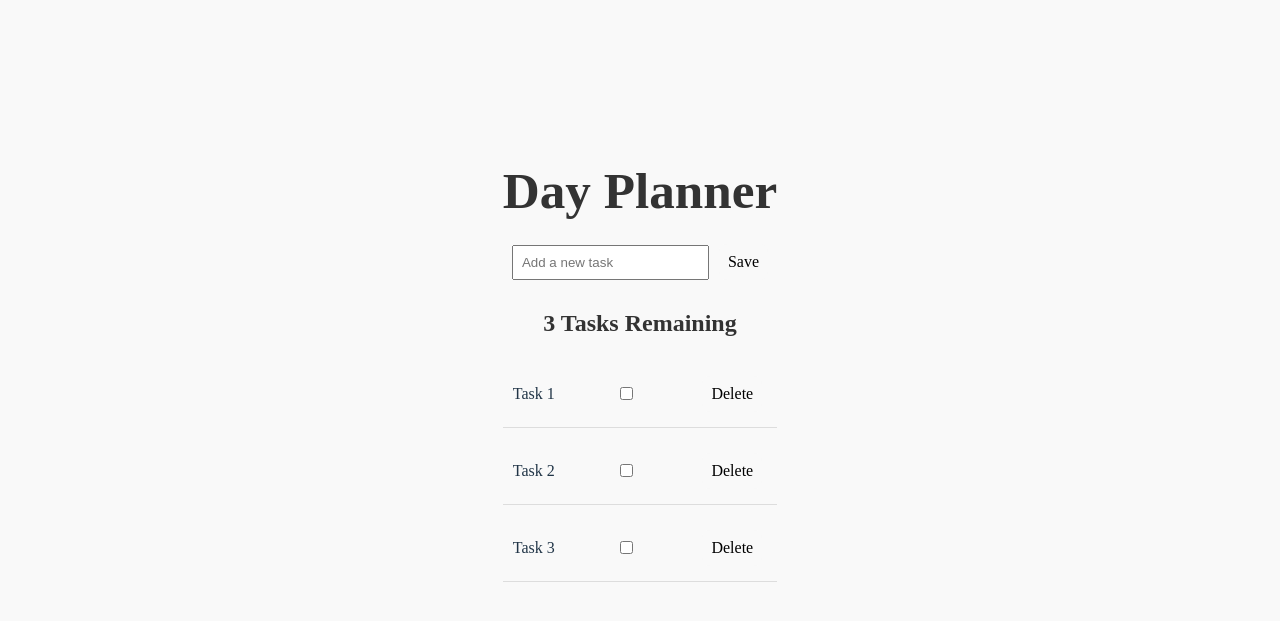
Repository: GavinPahal/Lab7
Page: /
These files come from the project's save history. The page is drawn as it stood at one moment and after the next save; the edit follows.
The browser window is 1280 px wide. The pictures show the whole page.
The project was rebuilt for these pictures with package versions that can differ from the ones it lists, and the page was loaded fresh each time. Also part of the build but not shown: vite.config.js.

Above is the page before, as saved 2024-10-27 12:18:23.

### src/App.jsx
import React, { useState } from 'react';
import Task from './components/Task';
import TaskForm from './components/TaskForm';
import './App.css';

function App() {
  const [tasks, setTasks] = useState([
    { text: 'Task 1', isCompleted: false },
    { text: 'Task 2', isCompleted: false },
    { text: 'Task 3', isCompleted: false },
  ]);  // Initial 3 tasks

  const [showAll, setShowAll] = useState(false);  // State to toggle showing all tasks

  // Function to add a new task
  const addTask = (task) => {
    setTasks([...tasks, { text: task, isCompleted: false }]);
  };

  // Function to toggle task completion status
  const toggleTask = (index) => {
    const newTasks = [...tasks];
    newTasks[index].isCompleted = !newTasks[index].isCompleted;
    setTasks(newTasks);
  };

  // Function to delete a task
  const deleteTask = (index) => {
    const newTasks = tasks.filter((_, i) => i !== index);
    setTasks(newTasks);
  };

  // Get the count of pending tasks
  const pendingTasks = tasks.filter(task => !task.isCompleted).length;

  // Control how many tasks to display (first 3 or all)
  const tasksToDisplay = showAll ? tasks : tasks.slice(0, 3);

  return (
    <div className="app">
      <h1>Day Planner</h1>

      {/* TaskForm is now between the heading and task count */}
      <TaskForm addTask={addTask} />

      <h2>{pendingTasks} Tasks Remaining</h2>

      <div className="task-list">
        {tasksToDisplay.length > 0 ? (
          tasksToDisplay.map((task, index) => (
            <Task
              key={index}
              index={index}
              task={task}
              toggleTask={toggleTask}
              deleteTask={deleteTask}
            />
          ))
        ) : (
          <p>No tasks available. Add a new task above.</p>
        )}
      </div>

      {tasks.length > 3 && !showAll && (
        <button onClick={() => setShowAll(true)}>Show All Tasks</button>
      )}
    </div>
  );
}

export default App;

### src/components/Task.jsx
import React from 'react';

function Task({ task, index, toggleTask, deleteTask }) {
  return (
    <div className={`task ${task.isCompleted ? 'completed' : ''}`}>
      <span>{task.text}</span>
      <input
        type="checkbox"
        checked={task.isCompleted}
        onChange={() => toggleTask(index)}
      />
      <button onClick={() => deleteTask(index)}>Delete</button>
    </div>
  );
}

export default Task;

### src/components/TaskForm.jsx
import React, { useState } from 'react';

function TaskForm({ addTask }) {
  const [value, setValue] = useState('');

  const handleSubmit = (e) => {
    e.preventDefault();
    if (!value) return;
    addTask(value);
    setValue('');
  };

  return (
    <form onSubmit={handleSubmit} className="task-form">
      <input
        type="text"
        value={value}
        onChange={(e) => setValue(e.target.value)}
        placeholder="Add a new task"
      />
      <button type="submit">Save</button>  {/* Changed 'Add' to 'Save' */}
    </form>
  );
}

export default TaskForm;

### src/App.css
body {
  font-family: 'Times New Roman', serif;
  margin: 0;
  padding: 0;
  background-color: #f9f9f9;
  display: flex; /* Use flexbox for centering */
  justify-content: center; /* Center horizontally */
  align-items: center; /* Center vertically */
  height: 100vh; /* Full viewport height */
  text-align: center; /* Center text within the body */
}

h1, h2 {
  margin-bottom: 20px;
  color: #333;
}

.task-list {
  margin-top: 20px;
}

.task {
  display: flex;
  justify-content: space-between;
  align-items: center;
  padding: 10px;
  margin-bottom: 10px;
  border-bottom: 1px solid #ddd;
}

.task.completed {
  text-decoration: line-through;
  color: #aaa;
}

/* Style the Save button */
.save-button {
  background-color: green; /* Green background */
  color: white; /* White text */
  padding: 10px; /* Padding for height */
  border: none; /* No border */
  cursor: pointer;
  font-size: 16px;
  width: 100%; /* Full width for a rectangle shape */
}

input[type="text"], button {
  padding: 8px;
  margin: 5px;
}

Loaded but not shown: index.html (common file); src/main.jsx (common file); src/index.css (common file)

After the next save:
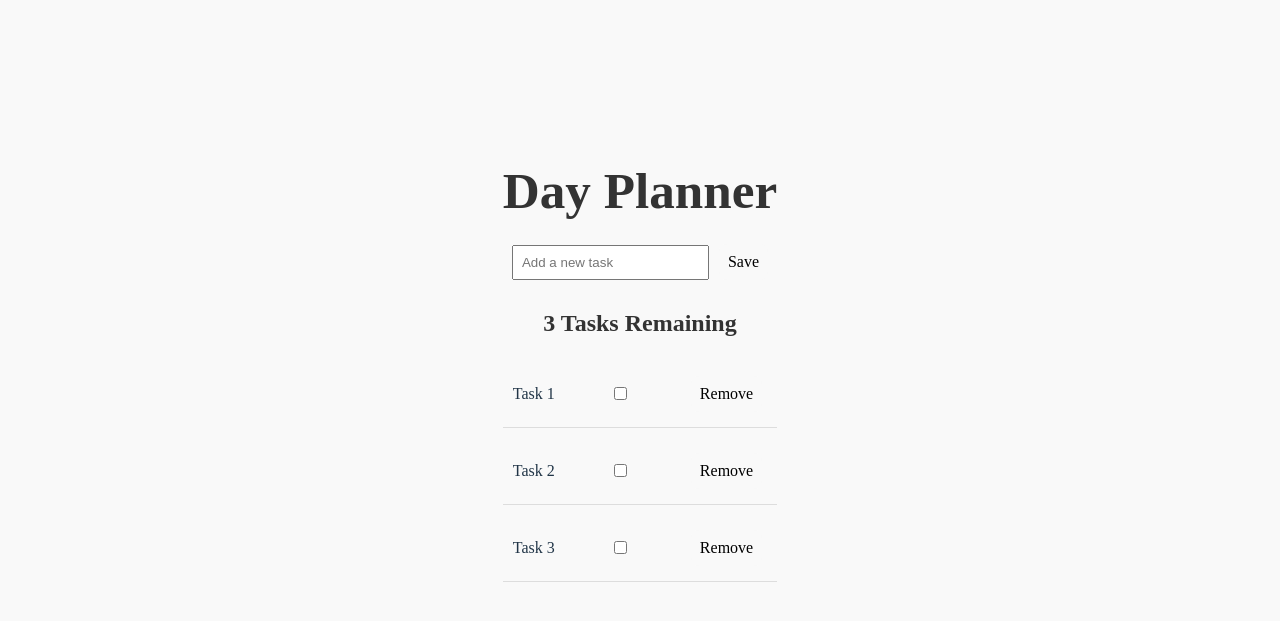
Saved 67 s later.
--- a/src/components/Task.jsx
+++ b/src/components/Task.jsx
@@ -9,7 +9,7 @@ function Task({ task, index, toggleTask, deleteTask }) {
         checked={task.isCompleted}
         onChange={() => toggleTask(index)}
       />
-      <button onClick={() => deleteTask(index)}>Delete</button>
+      <button onClick={() => deleteTask(index)}>Remove</button>
     </div>
   );
 }
